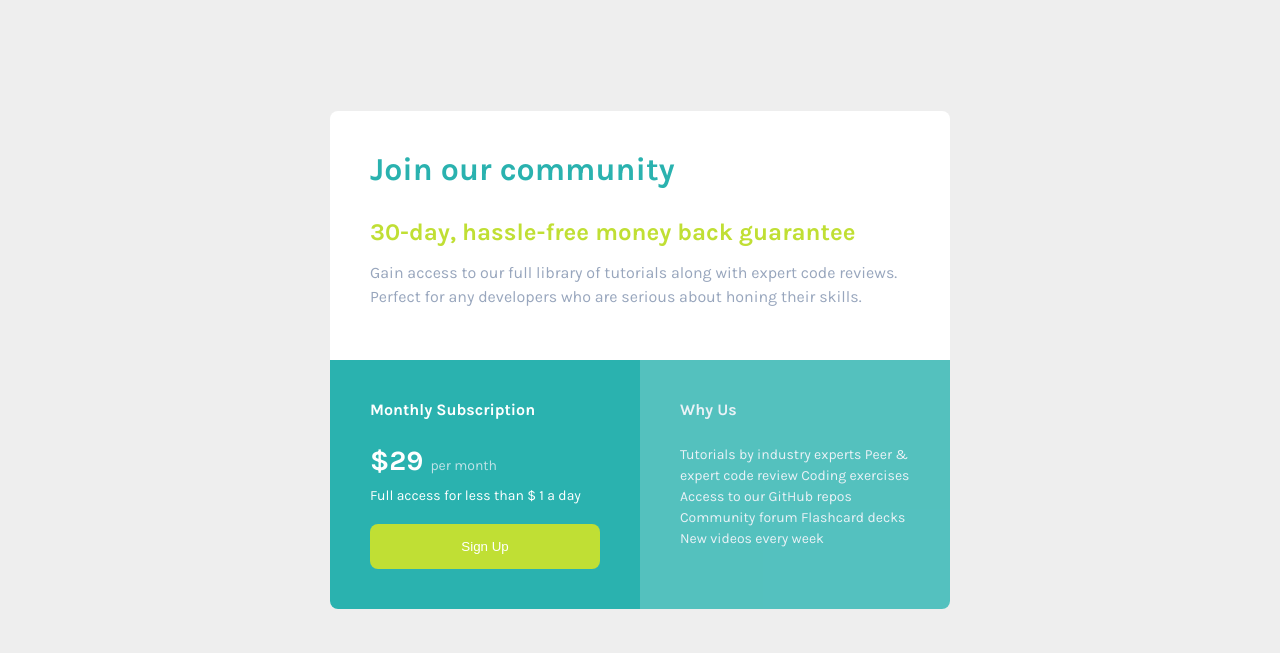
Repository: Akashiii1/WebSingleGrid_Day3
Page: index.html
An editor plug-in stored every save of this project. The page is shown before and after the next save, followed by the edit.
The browser window is 1280 px wide. The pictures show the whole page.

Above is the page before, as saved 2021-12-22 02:06:04.

After the next save:
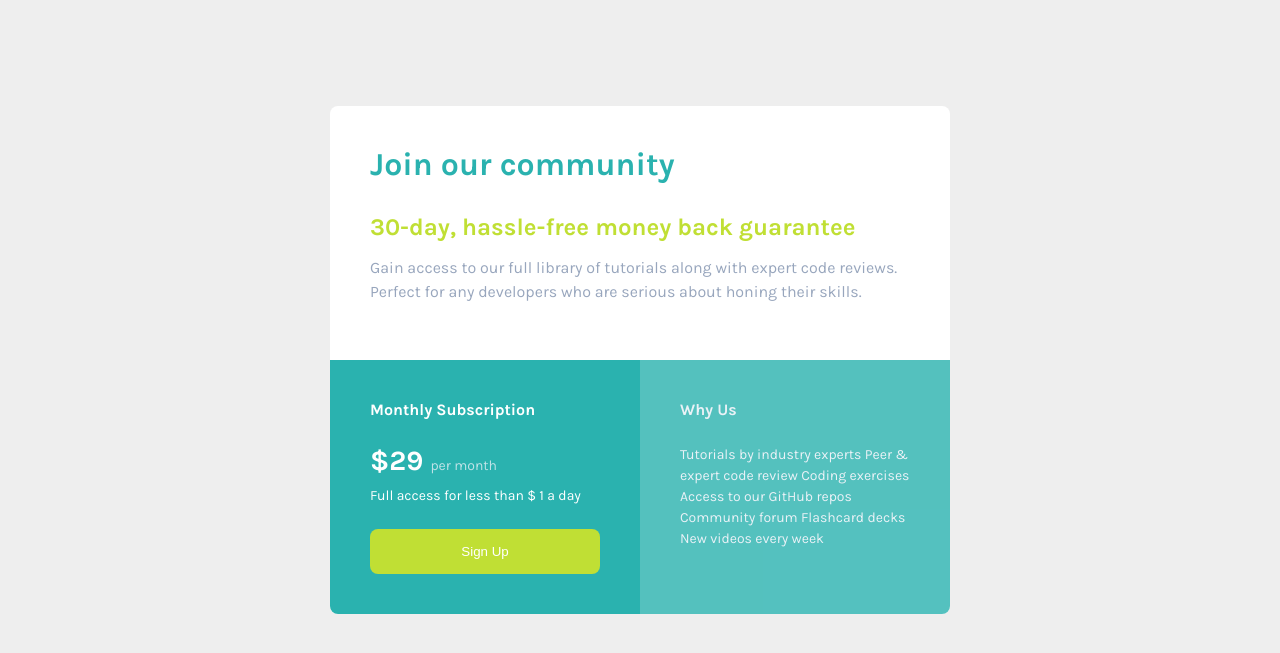
Saved 42 s later.
--- a/style.css
+++ b/style.css
@@ -108,7 +108,7 @@ body{
 .item2 p{
 
   font-size: 14px;
-  margin: 10px 0 20px;
+  margin: 10px 0 25px;
 }
 .item3{
   background-color: var(--Cyan);
